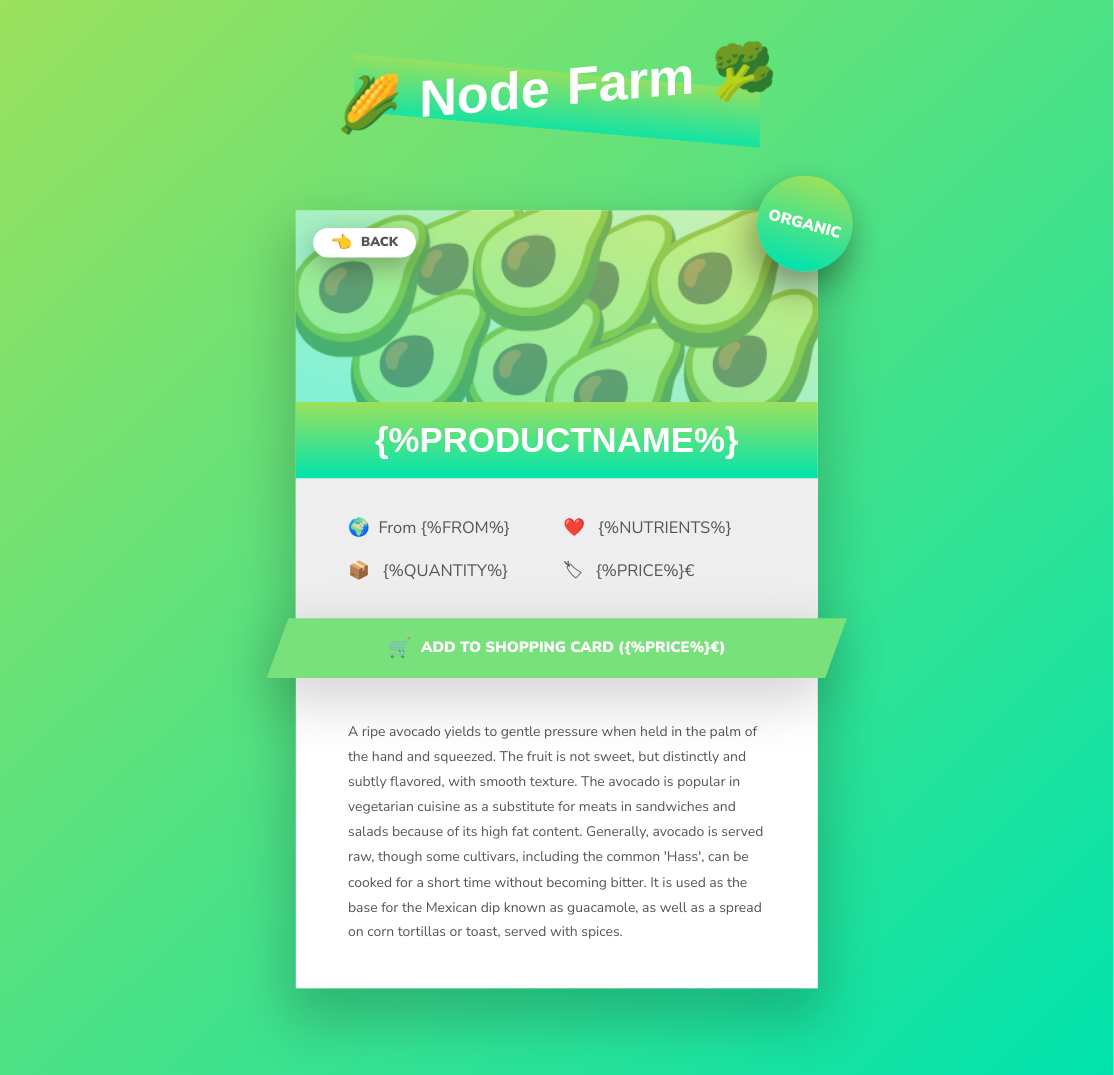
Repository: Kaii-Dev/NODEJS-by-JONAS
Page: 1-node-farm/starter/templates/product.html
The author's editor kept a copy of each file at every save. The page is drawn from the files as they stood at one save, then again after a run of saves.
The browser window is 1280 px wide. The pictures show the whole page, at 87% of full size.
Some web fonts or font styles are not loaded; a fallback is used.

Above is the page before, as saved 2022-08-03 13:48:25.

After the next 2 saves:
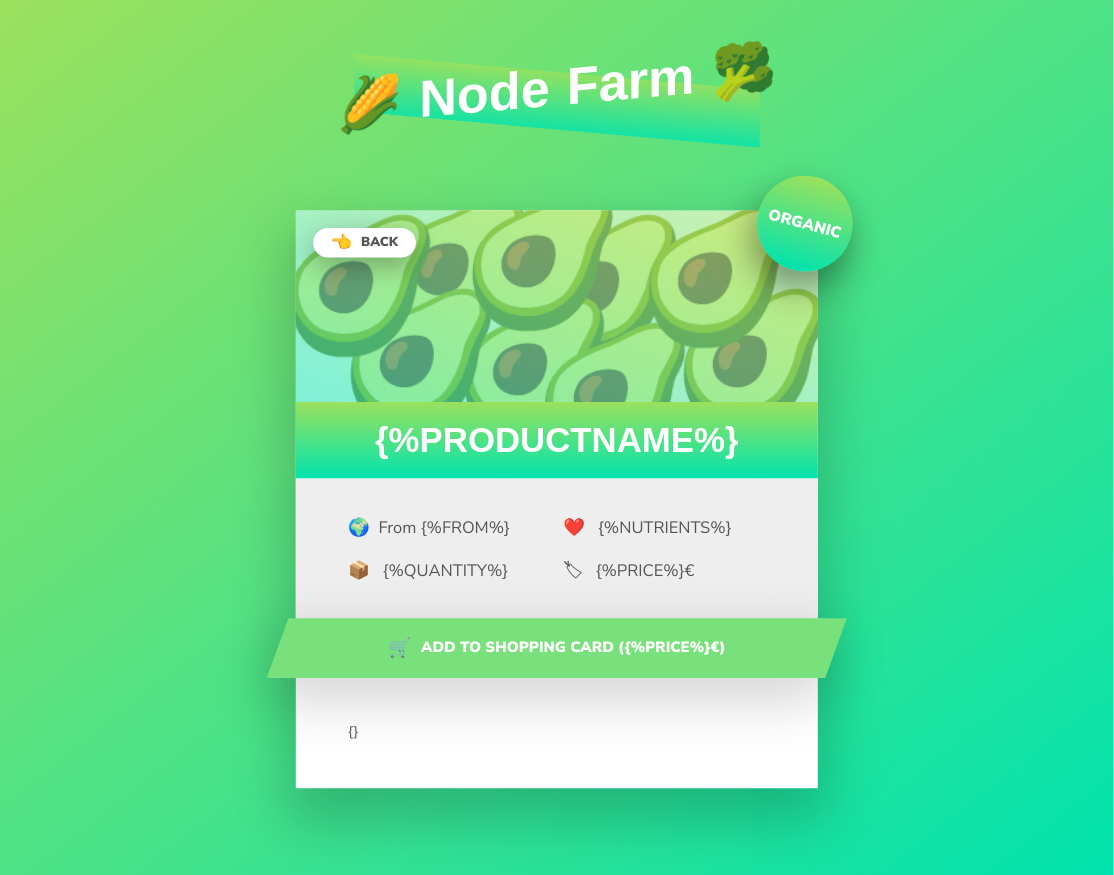
The 2 saves are shown as one change because they came seconds apart.
The last was saved 13 s later.
--- a/1-node-farm/starter/templates/product.html
+++ b/1-node-farm/starter/templates/product.html
@@ -299,15 +299,7 @@
         </a>
 
         <p class="product__description">
-          A ripe avocado yields to gentle pressure when held in the palm of the
-          hand and squeezed. The fruit is not sweet, but distinctly and subtly
-          flavored, with smooth texture. The avocado is popular in vegetarian
-          cuisine as a substitute for meats in sandwiches and salads because of
-          its high fat content. Generally, avocado is served raw, though some
-          cultivars, including the common 'Hass', can be cooked for a short time
-          without becoming bitter. It is used as the base for the Mexican dip
-          known as guacamole, as well as a spread on corn tortillas or toast,
-          served with spices.
+          {}
         </p>
       </figure>
 
